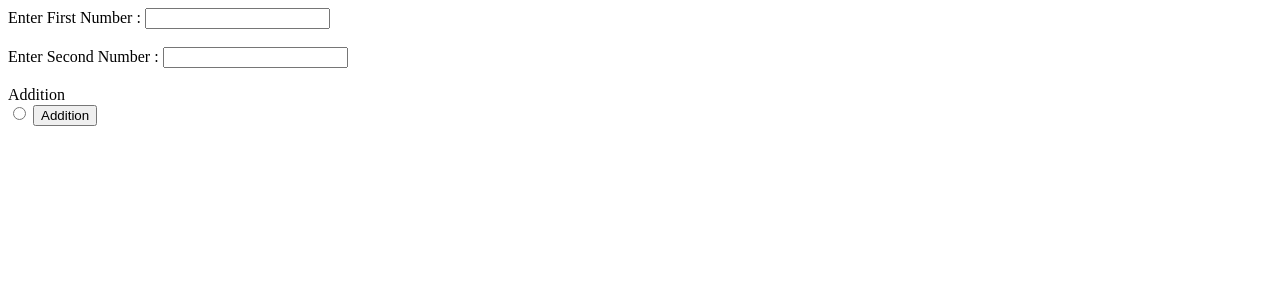
Repository: shzkhar/ISM_ADV_JAVA_23
Page: ServletCalculator/src/main/webapp/calci.html
These files come from the project's save history. The page is drawn as it stood at one moment and after the next save; the edit follows.
The browser window is 1280 px wide. The pictures show the whole page.

Above is the page before, as saved 2023-03-28 11:19:05.

After the next save:
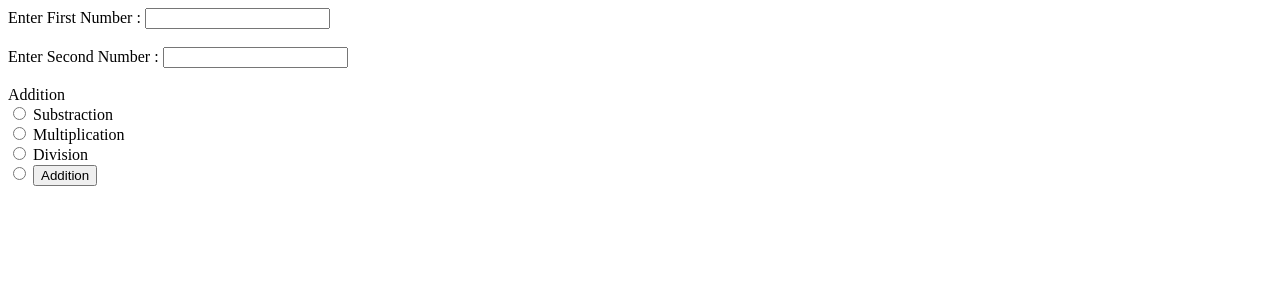
Saved 78 s later.
--- a/ServletCalculator/src/main/webapp/calci.html
+++ b/ServletCalculator/src/main/webapp/calci.html
@@ -11,6 +11,15 @@
 
           <label for="html">Addition</label><br>
           <input type="radio" id="css" name="addition" value="add">
+
+          <label for="html">Substraction</label><br>
+          <input type="radio" id="css" name="addition" value="add">
+
+          <label for="html">Multiplication</label><br>
+          <input type="radio" id="css" name="addition" value="add">
+
+          <label for="html">Division</label><br>
+          <input type="radio" id="css" name="addition" value="add">
           <input type="Submit" value="Addition">
 
 
